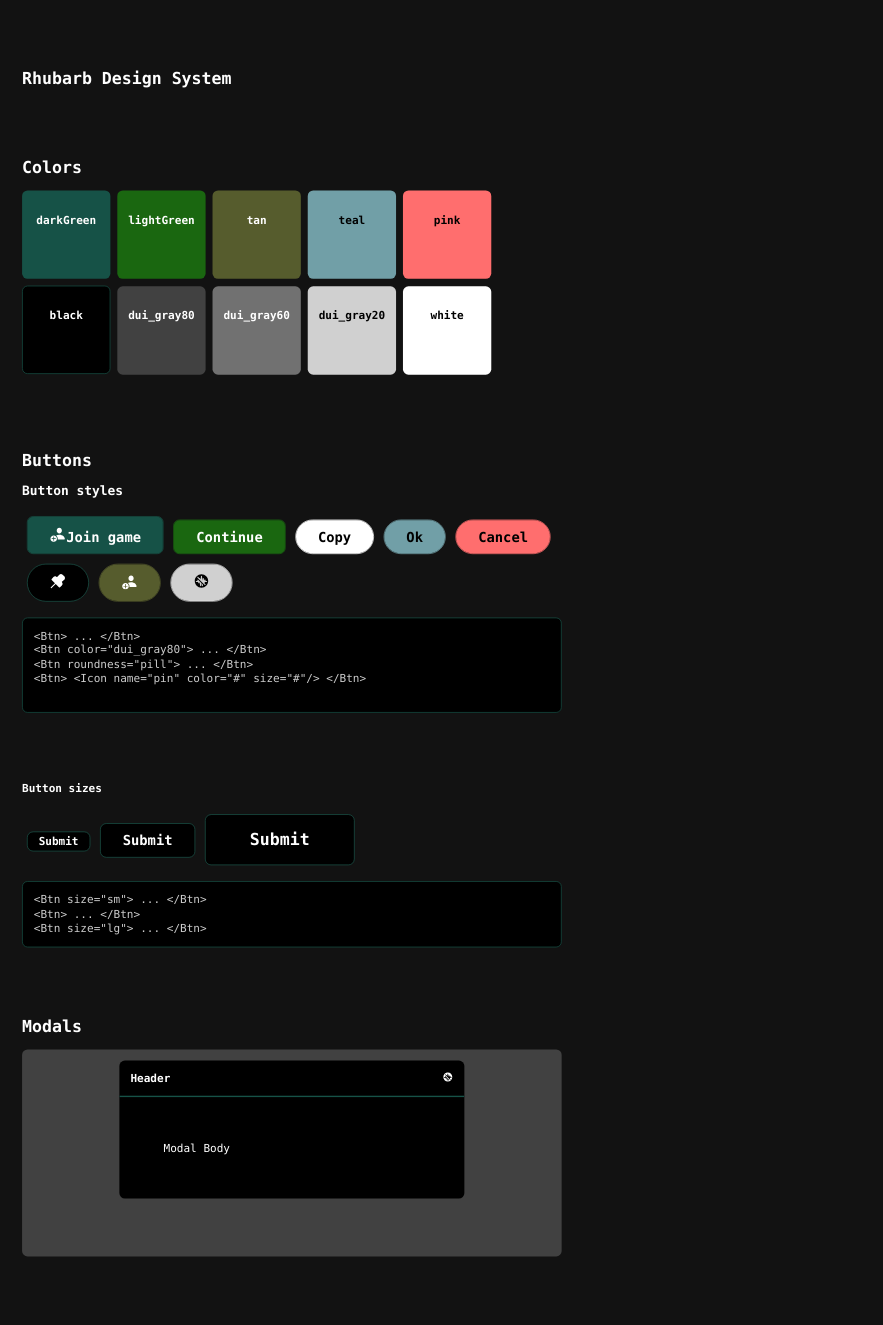
Repository: kttalley/designing-with-data_react-class
Page: / (app in lesson6_design-system-component-extension/)
These files come from the project's save history. The page is drawn as it stood at one moment and after the next save; the edit follows.
The browser window is 1280 px wide. The pictures show the whole page, at 69% of full size.
The project was rebuilt for these pictures with package versions that can differ from the ones it lists, and the page was loaded fresh each time. Imported but missing from the stored project, and not drawn on this page: lesson6_design-system-component-extension/src/Rhubarb/Input.

Above is the page before, as saved 2023-09-01 13:06:20.

### lesson6_design-system-component-extension/src/App.js
import React, { Component } from 'react';
import { DocsSection, DocsColorBox, DocsModalContainer, DocsCodeBlock } from './Docs';
import Icon from './Rhubarb/Icon'

import {
  GlobalStyle,
  Btn,
  Modal,
  fontSize,
  color,
} from './Rhubarb';

class App extends Component {
  render() {
    return (
      <div>
        <GlobalStyle />

        <DocsSection>
          <h1>Rhubarb Design System</h1>
        </DocsSection>
        <DocsSection>
          <h2>Colors</h2>
          <DocsColorBox color="darkGreen">darkGreen</DocsColorBox>
          <DocsColorBox color="lightGreen">lightGreen</DocsColorBox>
          <DocsColorBox color="tan">tan</DocsColorBox>
          <DocsColorBox color="teal">teal</DocsColorBox>
          <DocsColorBox color="pink">pink</DocsColorBox>
          <DocsColorBox color="black">black</DocsColorBox>
          <DocsColorBox color="dui_gray80">dui_gray80</DocsColorBox>
          <DocsColorBox color="dui_gray60">dui_gray60</DocsColorBox>
          <DocsColorBox color="dui_gray20">dui_gray20</DocsColorBox>
          <DocsColorBox color="white">white</DocsColorBox>
        </DocsSection>

        <DocsSection>
          <h2>Buttons</h2>
          <h3>Button styles</h3>
          <Btn color="darkGreen">
            <Icon name="add" context="btn" color="#ffffff" size={fontSize[3]}></Icon>
            Join game
          </Btn>
          <Btn color="lightGreen">Continue</Btn>
          <Btn color="white"  roundness="pill">Copy</Btn>
          <Btn color="teal"  roundness="pill">Ok</Btn>
          <Btn color="pink"  roundness="pill">Cancel</Btn>
          <Btn roundness="pill">
            <Icon name="pin" size={fontSize[3]} />
          </Btn>
          <Btn roundness="pill" color="tan">
            <Icon name="add" size={fontSize[3]} />
          </Btn>
          <Btn color="dui_gray20" roundness="pill">
            <Icon name="cancel" color={color.black} size={fontSize[3]}></Icon>
          </Btn>
          <DocsCodeBlock>
            {`<Btn> ... </Btn>
            <Btn color="dui_gray80"> ... </Btn>
            <Btn roundness="pill"> ... </Btn>
            <Btn> <Icon name="pin" color="#" size="#"/> </Btn>

            `}
          </DocsCodeBlock>
      </DocsSection>
      <DocsSection>
          <h4>Button sizes</h4>
          <Btn size="sm">Submit</Btn>
          <Btn>Submit</Btn>
          <Btn size="lg">Submit</Btn>
           <DocsCodeBlock>
            {`<Btn size="sm"> ... </Btn>
            <Btn> ... </Btn>
            <Btn size="lg"> ... </Btn>
            `}
          </DocsCodeBlock>
        </DocsSection>


        <DocsSection>
          <h2>Modals</h2>
         <DocsModalContainer>
            <Modal header="Header">
              Modal Body
            </Modal>
         </DocsModalContainer>

        </DocsSection>
      </div>
    );
  }
}

export default App;

### lesson6_design-system-component-extension/src/Docs/index.js
import styled from 'styled-components';
import {color, space, isDarkBackground, fontSize} from '../Rhubarb';

export const DocsColorBox = styled.div`
background-color: ${ props => color[props.color] ? color[props.color] : color.black };
  color: ${props => isDarkBackground(props.color) ? color.black : color.white};
  height: ${space[6] + 'px'};
  width: ${space[6] + 'px'};
  padding-top: 33px;
  text-align: center;
  font-weight: bold;
  display: inline-block;
  margin-right: 10px;
  margin-bottom: 10px;
  border-radius: 8px;
  border: ${props => props.color === "black" ? '1px solid' + color.darkGreen : 'none'}
`;

export const DocsSection = styled.section`
  margin: 100px 32px;
  max-width: 782px;
`;

export const DocsModalContainer = styled.section`
  position: relative;
  height: 300px;
  border-radius: 8px;
  padding: 1rem;
  background: ${color.dui_gray80}
`;

export const DocsCodeBlock = styled.code`
  border: 1px solid ${color.darkGreen};
  background-color: ${color.black};
  color: ${color.dui_gray20};
  border-radius: 8px;
  display: block;
  font-family: consolas, monospace;
  line-height: 1.3;
  padding: ${space[3] + 'px'};
  white-space: pre-line;
  font-size: ${fontSize[1]};
  margin-top: ${space[3] + 'px'};
   max-width: 832px;
  transition: 0.15s color ease;

  &::selection {
    color: ${color.black};
    background-color: ${color.pink};
  }

  &:hover {
    color: ${color.white};
  }


`;

### lesson6_design-system-component-extension/src/Rhubarb/Icon.js
import React from 'react';
import Styled, { css } from 'styled-components'



const Icon = function(props) {
    const {name, context, color="white", size=16, ...rest} = props;
    const Drawing = IconMap[name] ? IconMap[name] : null;
    const iconStyles = {
        ...(context === 'btn' && {
            marginRight: '200px',
            color: "red",
            padding: '8px',
            size: '500px'

        }),
    }

    return (
        <svg
            width={size}
            height={size}
            {...rest}
            viewBox="0 0 32 32"
        >
            <Drawing color={color} />
        </svg>

    );

}

function Add(props) {
    return (
        <path fill={props.color} d="M18.6025 16.2451C15.8604 16.2451 13.5879 13.8203 13.5879 10.6846C13.5752 7.65039 15.8857 5.25098 18.6025 5.25098C21.332 5.25098 23.6172 7.625 23.6172 10.6719C23.6172 13.8203 21.3447 16.2451 18.6025 16.2451ZM18.5898 18.5176C25.1406 18.5176 29.2158 23.0117 29.2158 26.2744C29.2158 27.3789 28.5049 27.874 26.7783 27.874H15.4033C15.5303 27.3408 15.5938 26.7695 15.5938 26.1982C15.5938 23.6973 14.4004 21.4756 12.5596 20.0537C14.1719 19.127 16.2158 18.5176 18.5898 18.5176ZM7.79883 32.5078C4.3457 32.5078 1.48926 29.6641 1.48926 26.1982C1.48926 22.7324 4.3457 19.876 7.79883 19.876C11.2646 19.876 14.1211 22.7324 14.1211 26.1982C14.1211 29.6514 11.2393 32.5078 7.79883 32.5078ZM7.81152 30.3496C8.20508 30.3496 8.52246 30.0703 8.52246 29.6641V26.8584H11.125C11.5059 26.8584 11.8105 26.5664 11.8105 26.1855C11.8105 25.8047 11.5059 25.5127 11.125 25.5127H8.52246V22.7197C8.52246 22.3008 8.20508 22.0342 7.81152 22.0342C7.41797 22.0342 7.10059 22.3008 7.10059 22.7197V25.5127H4.48535C4.11719 25.5127 3.8125 25.8047 3.8125 26.1855C3.8125 26.5664 4.11719 26.8584 4.48535 26.8584H7.10059V29.6641C7.10059 30.0703 7.41797 30.3496 7.81152 30.3496Z"></path>
    )
}


function Pin(props) {
    return (
        <path fill={props.color} d="M28.1831 13.4035C28.601 12.9858 28.9325 12.49 29.1587 11.9442C29.3849 11.3984 29.5014 10.8134 29.5015 10.2226C29.5016 9.63174 29.3853 9.0467 29.1592 8.50084C28.9332 7.95498 28.6019 7.45899 28.1841 7.0412L24.9849 3.82147C24.1379 2.97781 22.9906 2.50501 21.7951 2.50703C20.5997 2.50904 19.454 2.9857 18.6099 3.83221L14.354 8.35272C14.2599 8.44609 14.1326 8.49847 14 8.49847C13.8674 8.49847 13.7402 8.44609 13.646 8.35272C13.2271 7.93628 12.7279 7.60921 12.1789 7.39132C11.6298 7.17344 11.0422 7.06928 10.4517 7.08514C9.25462 7.11643 8.11615 7.60989 7.27491 8.46209L3.93702 11.9504C3.65616 12.2318 3.49835 12.6131 3.49816 13.0107C3.49797 13.4083 3.65543 13.7898 3.93602 14.0715L10.2144 20.3666L2.29341 28.2931C2.20056 28.386 2.12691 28.4962 2.07666 28.6175C2.02641 28.7389 2.00055 28.8689 2.00055 29.0002C2.00055 29.1315 2.02641 29.2615 2.07666 29.3828C2.12691 29.5041 2.20056 29.6144 2.29341 29.7072C2.38626 29.8001 2.49649 29.8737 2.6178 29.924C2.73911 29.9742 2.86913 30.0001 3.00044 30.0001C3.13175 30.0001 3.26177 29.9742 3.38308 29.924C3.5044 29.8737 3.61462 29.8001 3.70747 29.7072L11.6266 21.7825L17.8891 28.0617C18.0288 28.2015 18.1948 28.3122 18.3775 28.3877C18.5602 28.4631 18.7559 28.5016 18.9536 28.5012C19.1477 28.5019 19.3402 28.4644 19.5198 28.3906C19.6995 28.3169 19.8628 28.2084 20.0004 28.0715L23.5463 24.718C24.4021 23.8866 24.8934 22.7498 24.9124 21.5568C24.9315 20.3638 24.4767 19.212 23.6479 18.3537C23.555 18.2608 23.5025 18.135 23.5015 18.0036C23.5006 17.8722 23.5515 17.7458 23.643 17.6515L28.1831 13.4035Z"></path>
    )
}
function Cancel(props) {
    return (
        <path fill={props.color} d="M29 16C29 23.1797 23.1797 29 16 29C8.8203 29 3 23.1797 3 16C3 8.8203 8.8203 3 16 3C23.1797 3 29 8.8203 29 16ZM16.9957 6.9078C16.9481 6.39344 16.5166 6 16 6C15.4834 6 15.0519 6.39344 15.0043 6.9078L14.438 13.0238L13.796 12.3818L13.6593 11.265C13.5997 10.7785 13.1962 10.4068 12.7064 10.3873C12.4524 10.3772 12.2141 10.4634 12.0298 10.6156L9.70711 8.29289C9.31658 7.90237 8.68342 7.90237 8.29289 8.29289C7.95024 8.63555 7.90824 9.16501 8.16689 9.55346L22.4466 23.8331C22.835 24.0918 23.3645 24.0498 23.7071 23.7071C24.0976 23.3166 24.0976 22.6834 23.7071 22.2929L21.6914 20.2772C21.812 20.1618 21.9048 20.0154 21.9562 19.8473L22.6544 17.5661C22.8345 17.7326 23.0745 17.8319 23.3333 17.8319H26C26.5523 17.8319 27 17.3842 27 16.8319C27 16.2796 26.5523 15.8319 26 15.8319H24.118L23.638 13.8714C23.5309 13.4342 23.145 13.1224 22.6951 13.1096C22.2452 13.0968 21.8422 13.3862 21.7105 13.8166L21.194 15.5038L20.3131 11.1866C20.2151 10.7063 19.7834 10.3679 19.2936 10.3873C18.8038 10.4068 18.4003 10.7785 18.3407 11.265L17.8046 15.6439L16.9957 6.9078ZM18.9044 23.1194L16.2417 20.4567L16.6709 25.0922C16.718 25.6009 17.1411 25.9924 17.6519 25.9999C18.1628 26.0074 18.5972 25.6287 18.6593 25.1215L18.9044 23.1194ZM15.7993 20.0142L10.8878 15.1028L10.806 15.5038L10.593 14.808L8.96462 13.1796C8.67 13.2965 8.4407 13.5501 8.36203 13.8714L7.88198 15.8319H6C5.44772 15.8319 5 16.2796 5 16.8319C5 17.3842 5.44772 17.8319 6 17.8319H8.66667C8.92551 17.8319 9.16553 17.7326 9.3456 17.5661L10.0438 19.8473C10.1776 20.2846 10.5911 20.5754 11.0478 20.5535C11.5046 20.5316 11.8884 20.2026 11.9798 19.7545L12.4197 17.5986L13.3407 25.1215C13.4028 25.6287 13.8372 26.0074 14.3481 25.9999C14.8589 25.9924 15.282 25.6009 15.3291 25.0922L15.7993 20.0142ZM19.7257 18.3115L19.5184 18.1042L19.5803 17.5986L19.7257 18.3115Z"/>
    )
};




const IconMap = {
    "add": Add,
    "pin": Pin,
    "cancel": Cancel,
};


export default Icon;

### lesson6_design-system-component-extension/src/Rhubarb/index.js
//this file indexes all Rhubarb components for export

import { createGlobalStyle } from "styled-components";

export const GlobalStyle = createGlobalStyle`
  * {
    box-sizing: border-box;
  }

  body {
    margin: 0;
    padding: 0;
    font-family: menlo, sans-serif;
    background-color: #121212;
    color: white;
  }
`;


export * from './Button';
export * from './Input';
export * from './Utils';
export * from './Modal';
export * from './Icon';

### lesson6_design-system-component-extension/src/Rhubarb/Button.js
import { color, space, isDarkBackground, fontSize} from './Utils';
import styled, { css } from 'styled-components';

export const Btn = styled.button`
  background-color: ${ props => color[props.color] ? color[props.color] : color.black };
  color: ${props => isDarkBackground(props.color) ? color.black : color.white};
  outline: 1px solid ${ props => color[props.color] ? color[props.color] : color.darkGreen };
  border-radius: 8px;
  padding: ${space[3] + 'px'};
  margin: ${space[2] + 'px'};
  font-family: menlo;
  font-weight: bold;
  border: none;
  transition: 0.1s all ease;
  font-size: ${fontSize[2]};
  padding: ${space[2] + 4 + 'px'} ${space[4] + 'px'};

  &:hover {
    cursor: pointer;
    filter: brightness(1.1);
    transform: scale(1.1);
  }

  ${props => props.size === 'sm' && css`
    font-size: ${fontSize[1]};
    padding: ${space[1] + 2 + 'px'} ${space[3] + 'px'};
  ` }

    ${props => props.size === 'lg' && css`
      font-size: ${fontSize[3]};
      padding: ${space[3] + 6 + 'px'} ${space[5] + 'px'};
  ` }

  ${props => props.roundness === 'pill' && css`
    border-radius: 32px;
  `}

  ${props => props.color === "black" && css`
    outline: 2px solid green;

  `}


`;

### lesson6_design-system-component-extension/src/Rhubarb/Utils.js
export const color = {

  //core colors
  darkGreen: '#165247',
  tan: '#565C2D',
  lightGreen: '#1A6710',
  teal: '#719FA7',
  pink: '#FF6E6E',

  //grayscale - needs lui
  black: '#000000',
  dui_gray80: '#FFFFFF33',
  dui_gray60: '#FFFFFF66',
  dui_gray40: '##FFFFFF44',
  dui_gray20: '#FFFFFFCC',
  white: '#FFFFFF',
  // solid grays, no opacity,
  //for sake of utility function below
  gray1: '#606060',
  gray2: '#313131',
  gray3: '#181818'

}

export const space = [
  0,
  2,
  8,
  16,
  32,
  64,
  128,
  256,
  512
];

export const fontSize = [
  '14px',
  '16px',
  '20px',
  '24px',
  '32px',
  '64px'
];


export const isDarkBackground = function(color) {
  if (color) {
    if (color.includes('dui_gray20') || color.includes('teal') || color.includes('pink') || color.includes('white')) {
      return true;
    } else {
      return false;
    }
  }
}

### lesson6_design-system-component-extension/src/Rhubarb/Modal.js
import { color, space, fontSize, isDarkBackground} from './Utils';
import React from 'react';
import styled from 'styled-components';
import Icon from './Icon';

const ModalOverlay = styled.div`
  background-color: ${color.dui_gray80};
  position: fixed;
  right: 0;
  left: 0;
  top: 0;
  bottom: 0;
  padding: 1rem;
  margin: 1rem;
  border-radius: ${space[2] + 'px'};
`;

const ModalContainer = styled.div`
  background-color: ${color.black};
  margin: 0 auto;
  position: absolute:
  top: 75px;
  bottom: 75px;
  left: 0;
  right: 0;
  width: 500px;
  margin-left: auto;
  margin-right: auto;
  border-radius: 8px;
  overflow: auto;
`;

const ModalHeader = styled.div`
  border-bottom: 2px solid ${color.darkGreen};
  padding: ${space[3] + 'px'};
  display: flex;
  justify-content: space-between;
  font-weight: bold;
  font-size:${fontSize[1]};
`;

const ModalBody = styled.div`
  padding: ${space[5] + 'px'}
`;


const ModalDismissIcon = styled.div`
  float: right;
  transition: 0.2s opacity easy;
  cursor: pointer;

  &:hover {
    opacity: 0.6;
  }
`;


export const Modal = function(props) {
  return(
    <ModalContainer>
      <ModalHeader>
        <span>
          { props.header }
        </span>
        {/* <ModalDismissIcon onClick={ props.onDismiss } name="remove" size={20} fill={color.white} /> */}
        <Icon name="cancel" onClick={ props.onDismiss}></Icon>
      </ModalHeader>
      <ModalBody>
        { props.children }
      </ModalBody>
    </ModalContainer>
  )
};


export const ModalWithOverlay = function(props) {
  return (
    <ModalOverlay>
      <Modal {...props} />
    </ModalOverlay>
  )
};

Loaded but not shown: lesson6_design-system-component-extension/public/index.html (common file); lesson6_design-system-component-extension/src/index.js (common file); lesson6_design-system-component-extension/src/index.css (common file); lesson6_design-system-component-extension/src/reportWebVitals.js (common file)

After the next save:
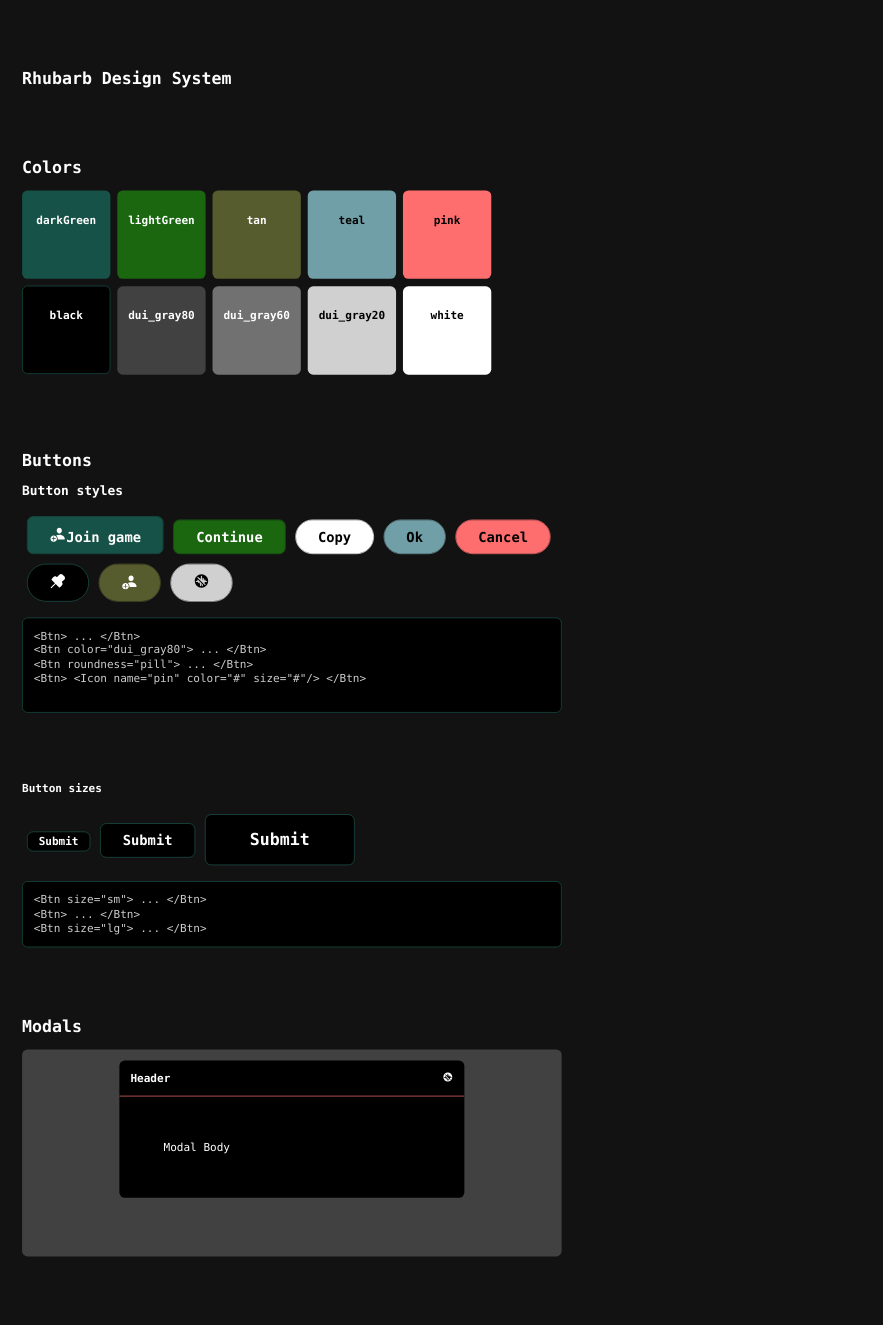
Saved 13 s later.
--- a/lesson6_design-system-component-extension/src/Rhubarb/Modal.js
+++ b/lesson6_design-system-component-extension/src/Rhubarb/Modal.js
@@ -31,7 +31,7 @@ const ModalContainer = styled.div`
 `;
 
 const ModalHeader = styled.div`
-  border-bottom: 2px solid ${color.darkGreen};
+  border-bottom: 1px solid ${color.pink};
   padding: ${space[3] + 'px'};
   display: flex;
   justify-content: space-between;
@@ -41,6 +41,7 @@ const ModalHeader = styled.div`
 
 const ModalBody = styled.div`
   padding: ${space[5] + 'px'}
+
 `;
 
 
